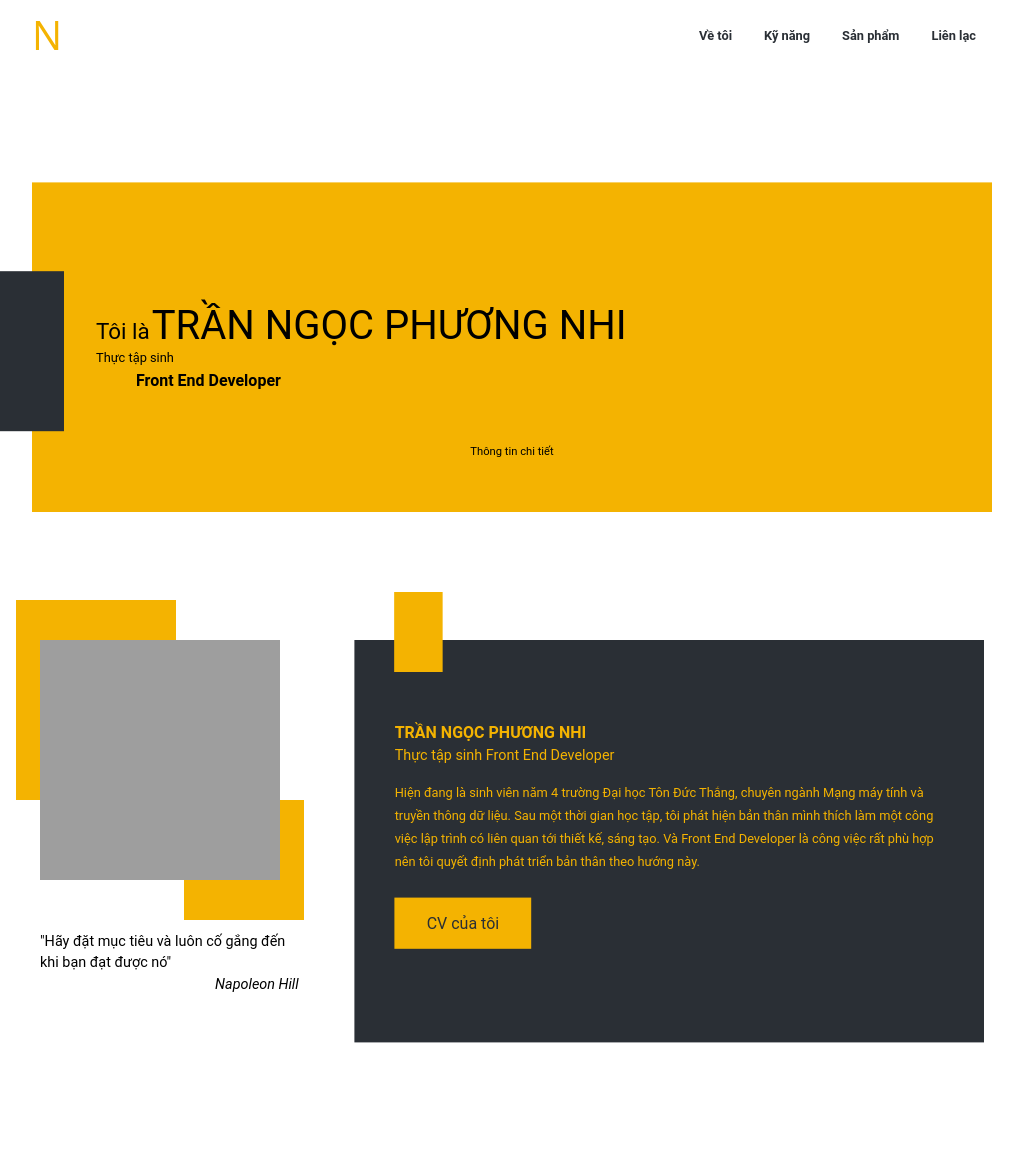
Repository: TranNgocPhuongNhi/my-portfolio
Page: index.html
The author's editor kept a copy of each file at every save. The page is drawn from the files as they stood at one save, then again after the next save.
The browser window is 1280 px wide. The pictures show the whole page, at 80% of full size.
Pictures or frames that could not be fetched are drawn as grey boxes. Some icons come from a web library that is not loaded, so they are not drawn. Some web libraries are served in a nearby version.

Above is the page before, as saved 2021-07-04 16:55:06.

After the next save:
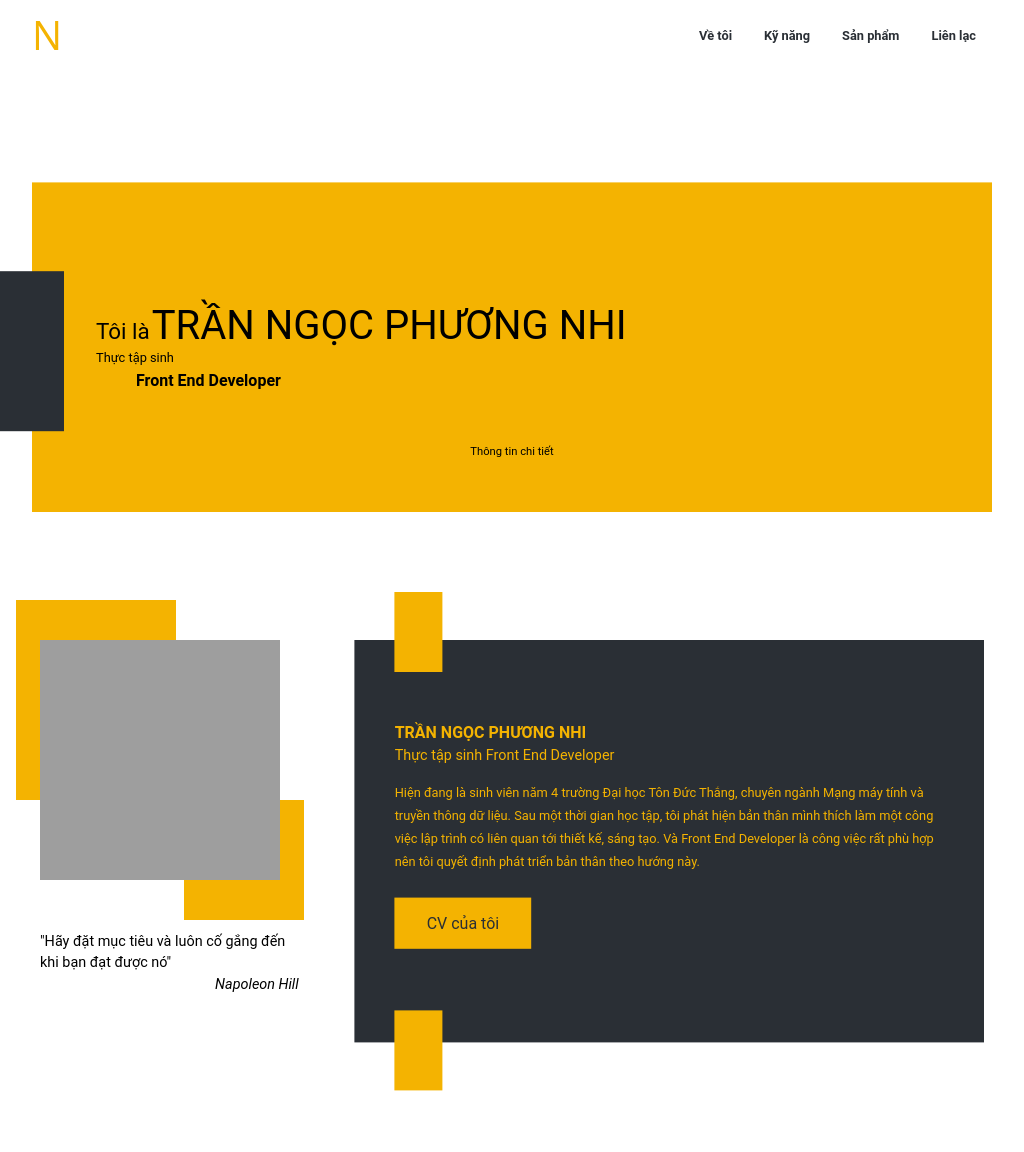
Saved 10 s later.
--- a/resources/css/main.css
+++ b/resources/css/main.css
@@ -230,7 +230,7 @@ a {
     height: 10rem;
     background-color: var(--primary1);
     position: absolute;
-    top: 2rem;
+    bottom: 2rem;
 }
 
 .about__info {
